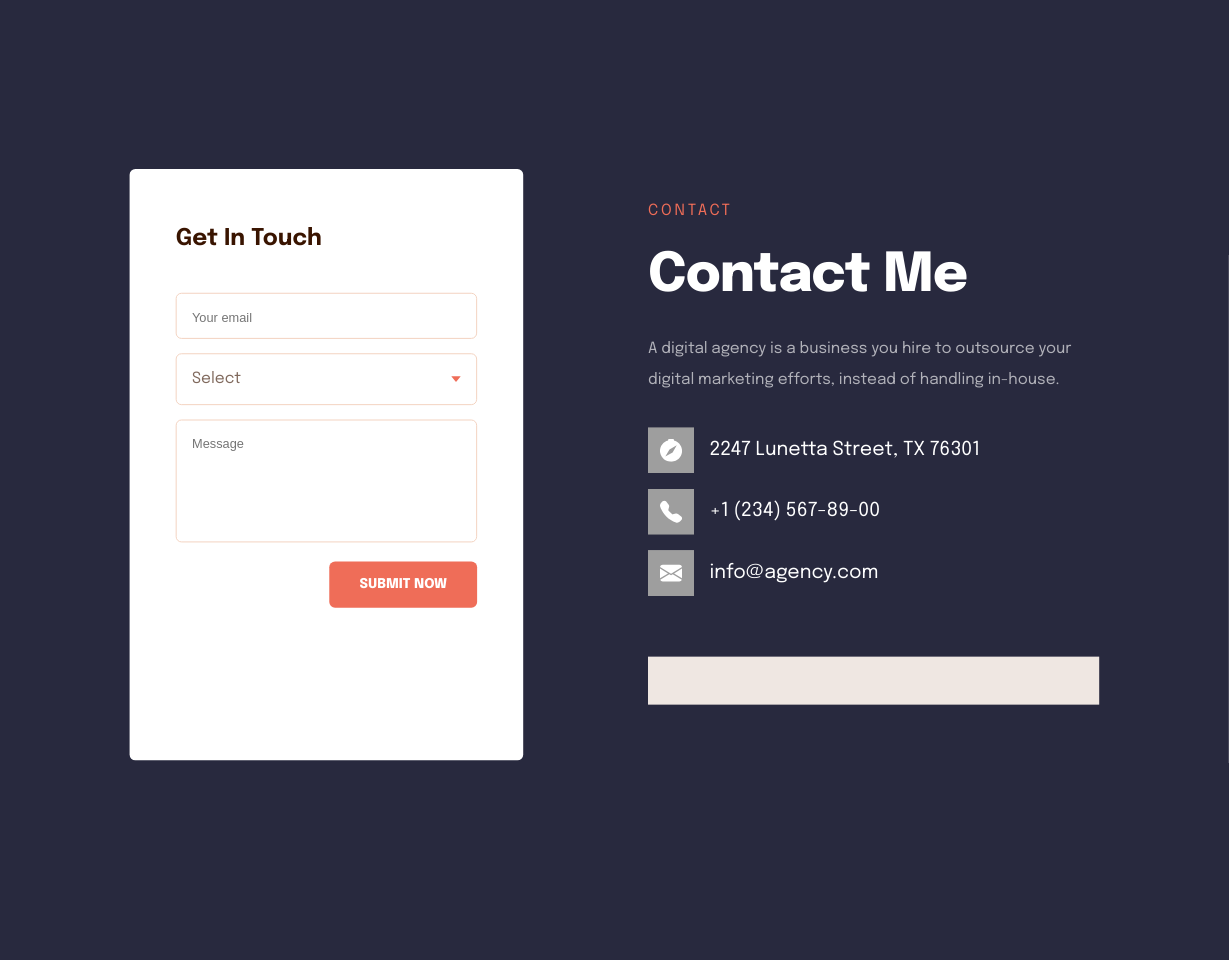
Repository: NatiqSamiyev/form-task-2
Page: index.html
These files come from the project's save history. The page is drawn as it stood at one moment and after the next save; the edit follows.
The browser window is 1280 px wide. The pictures show the whole page, at 96% of full size.
Pictures or frames that could not be fetched are drawn as grey boxes. Some web fonts or font styles are not loaded; a fallback is used.

Above is the page before, as saved 2023-10-30 11:52:08.

### index.html
<!DOCTYPE html>
<html lang="en">
  <head>
    <meta charset="UTF-8" />
    <meta name="viewport" content="width=device-width, initial-scale=1.0" />
    <title>Document</title>
    <link rel="stylesheet" href="index.css" />
  </head>
  <body>
    <div class="contact-container">
      <form action="">
        <h1>Get In Touch</h1>
        <label for="">
          <input type="email" placeholder="Your email" class="email-input" />
        </label>

        <div class="select-option-box">
          <div class="select-box">
            <button type="button">Select</button>
            <svg
            class="no-rotate"
              xmlns="http://www.w3.org/2000/svg"
              width="10"
              height="6"
              viewBox="0 0 10 6"
              fill="none"
             >

              <path d="M5 6L10 0H0L5 6Z" fill="#EF6D58" />
            </svg>
          </div>
          <div class="option-box">
            <p>Option 1</p>
            <p>Option 2</p>
            <p>Option 3</p>
          </div>
        </div>

        <label for="">
          <input type="text-message" placeholder="Message" class="message-input"/>

        </label>



        <button class="submit-btn" type="submit">Submit Now</button>
      </form>

      <div class="info-box">
        <div class="text-box">
          <h2>Contact</h2>
          <h3>Contact Me</h3>
          <p>
            A digital agency is a business you hire to outsource your digital
            marketing efforts, instead of handling in-house.
          </p>
        </div>

        <ul>
          <li>
            <div class="image-box">
              <img class="image-1" src="./image/Oval.svg" alt="" />
              <img class="image-2" src="./image/Shape.svg" alt="" />
            </div>

            <p>2247 Lunetta Street, TX 76301</p>
          </li>

          <li>
            <div class="image-box">
              <img class="image-1" src="./image/Oval.svg" alt="" />
              <img class="image-2" src="./image/Path.svg" alt="" />
            </div>
            <p>+1 (234) 567-89-00</p>
          </li>

          <li>
            <div class="image-box">
              <img class="image-1" src="./image/Oval.svg" alt="" />
              <img class="image-2" src="./image/Shape (1).svg" alt="" />
            </div>
            <p>info@agency.com</p>
          </li>
        </ul>

        <br>
        <div class="bottom-box">



        </div>

      </div>
    </div>
  </body>
  <script src="/index.js"></script>
</html>

### index.css
@import url("https://fonts.googleapis.com/css2?family=Epilogue:wght@400;600;700;800&family=Inter:wght@400;500;600;700&family=Laila:wght@700&family=Open+Sans:wght@400;600;700;800&family=Roboto+Slab:wght@700&family=Roboto:wght@400;700&display=swap");

* {
  margin: 0;
  padding: 0;
  box-sizing: border-box;
}

.contact-container {
  width: 100%;
  min-height: 100vh;
  padding: 176px 135px 208px 135px;
  background: #28293e;
  display: flex;
  justify-content: space-between;
}

form {
  width: 570px;
  padding: 57px 48px 48px 48px;
  border-radius: 6px;
  background: #fff;
  display: flex;
  flex-direction: column;
  gap: 15px;
}

form h1 {
  margin-bottom: 25px;
  color: var(--Text_Dark, #391400);
  font-feature-settings:
    "clig" off,
    "liga" off;
  font-family: Epilogue;
  font-size: 24px;
  font-style: normal;
  font-weight: 700;
  line-height: 32px;
}

label {
  width: 100%;
}

input {
  width: 100%;
  height: 48px;
  padding: 9px 15px 7px 16px;
  border-radius: 6px;
  border: 1px solid #f3d1bf;
  background: #fff;
}

.message-input {
  height: 128px;
  padding: 9px 16px 87px 16px;
  margin-bottom: 5px;
}

form .submit-btn {
  width: 154px;
  margin-left: auto;
  height: 48px;
  border-radius: 6px;
  background: #ef6d58;
  border: none;
  color: #fff;
  text-align: center;
  font-family: Epilogue;
  font-size: 14px;
  font-style: normal;
  font-weight: 900;
  line-height: normal;
  text-transform: uppercase;
}

.info-box {
  margin-left: 130px;
  padding: 28px 0 58px 0;
}

.text-box {
  width: 470px;
  margin-bottom: 33px;
}

h2 {
  margin-bottom: 20px;
  color: var(--Text_Light_Accent, #ef6d58);
  font-feature-settings:
    "clig" off,
    "liga" off;
  font-family: Epilogue;
  font-size: 16px;
  font-style: normal;
  font-weight: 400;
  line-height: 32px;
  letter-spacing: 3px;
  text-transform: uppercase;
}

h3 {
  margin-bottom: 28px;
  color: var(--Text_Light, #fff);
  font-feature-settings:
    "clig" off,
    "liga" off;
  font-family: Epilogue;
  font-size: 56px;
  font-style: normal;
  font-weight: 800;
  line-height: 64px;
  letter-spacing: -1px;
}

.text-box p {
  color: var(--Text_Light_Gray, rgba(255, 255, 255, 0.64));
  font-feature-settings:
    "clig" off,
    "liga" off;
  font-family: Epilogue;
  font-size: 16px;
  font-style: normal;
  font-weight: 400;
  line-height: 32px;
}

ul li {
  list-style-type: none;
  display: flex;
  align-items: center;
}
.image-box {
  position: relative;
  width: 48px;
  height: 48px;
}
.image-1 {
  width: 48px;
  height: 48px;
  fill: #ef6d58;
}

.image-2 {
  width: 23px;
  height: 24px;
  fill: #fff;
  position: absolute;
  top: 50%;
  left: 50%;
  transform: translate(-50%, -50%);
}

ul li p {
  margin-left: 16px;
  color: var(--Text_Light, #fff);
  font-feature-settings:
    "clig" off,
    "liga" off;
  font-family: Epilogue;
  font-size: 20px;
  font-style: normal;
  font-weight: 400;
  line-height: 32px;
}

ul li:nth-child(2) {
  margin-top: 16px;
}

ul li:last-child {
  margin-top: 16px;
}
.select-option-box {
  position: relative;
}
.select-box {
  border-radius: 6px;
  border: 1px solid #f3d1bf;
  background: #fff;
  position: relative;
}
.select-box button {
  width: 100%;
  height: 100%;
  padding: 10px 16px;
  background: none;
  border: none;
  color: var(--Text_Dark_Gray, rgba(57, 20, 0, 0.64));
  font-feature-settings:
    "clig" off,
    "liga" off;
  font-family: Epilogue;
  font-size: 16px;
  font-style: normal;
  font-weight: 400;
  line-height: 32px;
  text-align: start;
}
.select-box svg {
  position: absolute;
  right: 16px;
  top: 50%;
  width: 10px;
  height: 10px;
}
.no-rotate {
  transform: translateY(-50%);
}
.option-box {
  width: 100%;
  border: 1px solid gray;
  border-radius: 5px;
  padding: 10px;
  margin-top: 5px;
  display: none;
  position: absolute;
  background-color: #fff;
}
.option-box p {
  cursor: pointer;
  margin-bottom: 5px;
}
.active {
  display: block;
}
.rotate {
  transform: translateY(-50%) rotate(180deg);
}
button {
  cursor: pointer;
}
.bottom-box {
  margin-top: 45px;
  width: 100%;
  padding: 25px 20px;
  background-color: #efe7e2;
}

### index.js
let btn = document.querySelector(".submit-btn");
let form = document.querySelector("form");
let emailInput = document.querySelector(".email-input");
// let subjectInput = document.querySelector(".subject-input");
let messageInput = document.querySelector(".message-input");
let selectBtn= document.querySelector('.select-box button')
let optionBox =document.querySelector('.option-box')
let selectSvg= document.querySelector('.select-box svg')
let bottomBox=document.querySelector('.bottom-box')
let optionList= document.querySelectorAll('.option-box p')


// btn.addEventListener("click", submitForm);
form.addEventListener("submit", submitForm);

function submitForm(a) {
  a.preventDefault();
   let p=document.createElement('p')
    // p.innerText=subjectInput
    bottomBox.append(p)

}

// select action
selectBtn.addEventListener('click',showOption)
function showOption() {
  optionBox.classList.toggle('active')
  selectSvg.classList.toggle('no-rotate')
  selectSvg.classList.toggle("rotate")
}


for (let index = 0; index < optionList.length; index++) {
optionList[index].addEventListener('click',()=> selectList(optionList[index]))
}

function selectList(event) {
 console.log(event);
 selectBtn.innerText=event.innerText
 showOption()
}

After the next save:
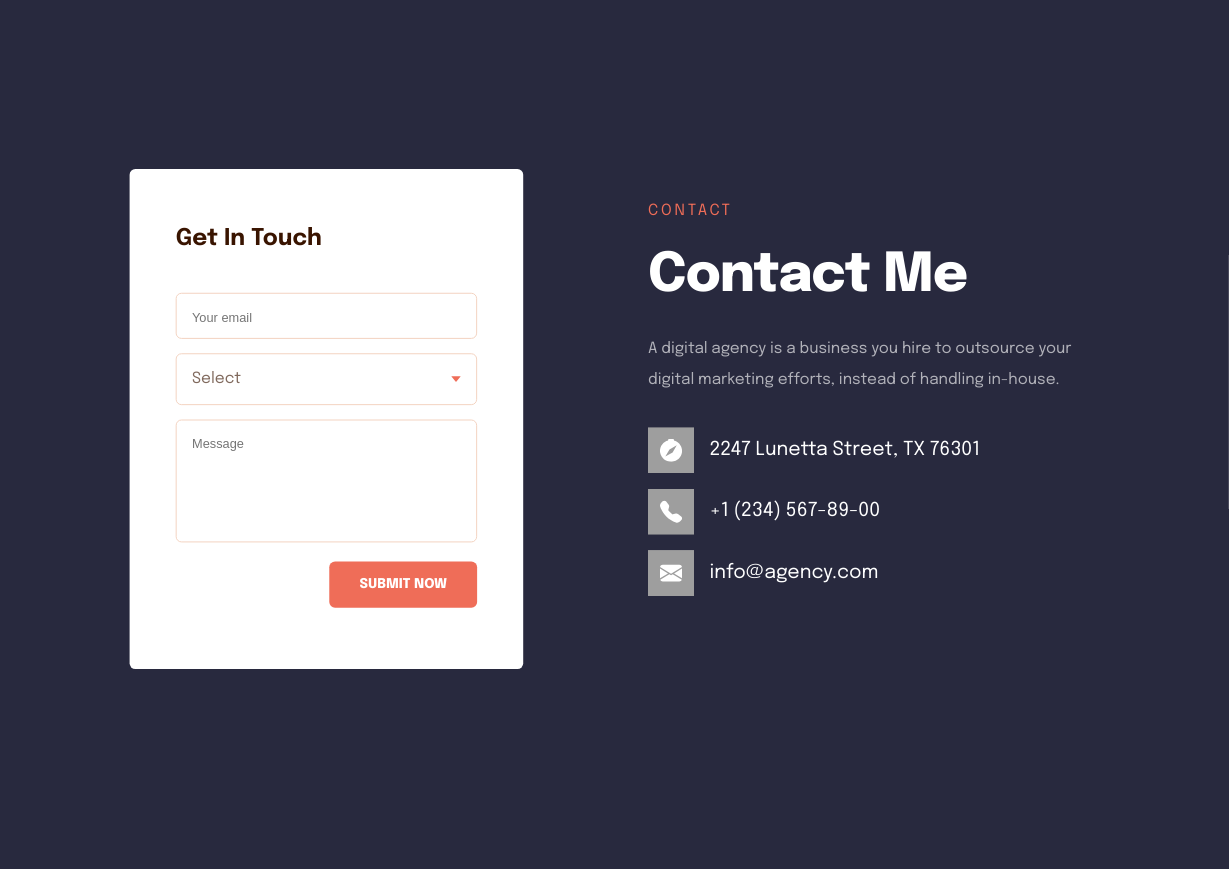
Saved 14 s later.
--- a/index.html
+++ b/index.html
@@ -84,11 +84,7 @@
         </ul>
 
         <br>
-        <div class="bottom-box">
 
-
-
-        </div>
 
       </div>
     </div>
